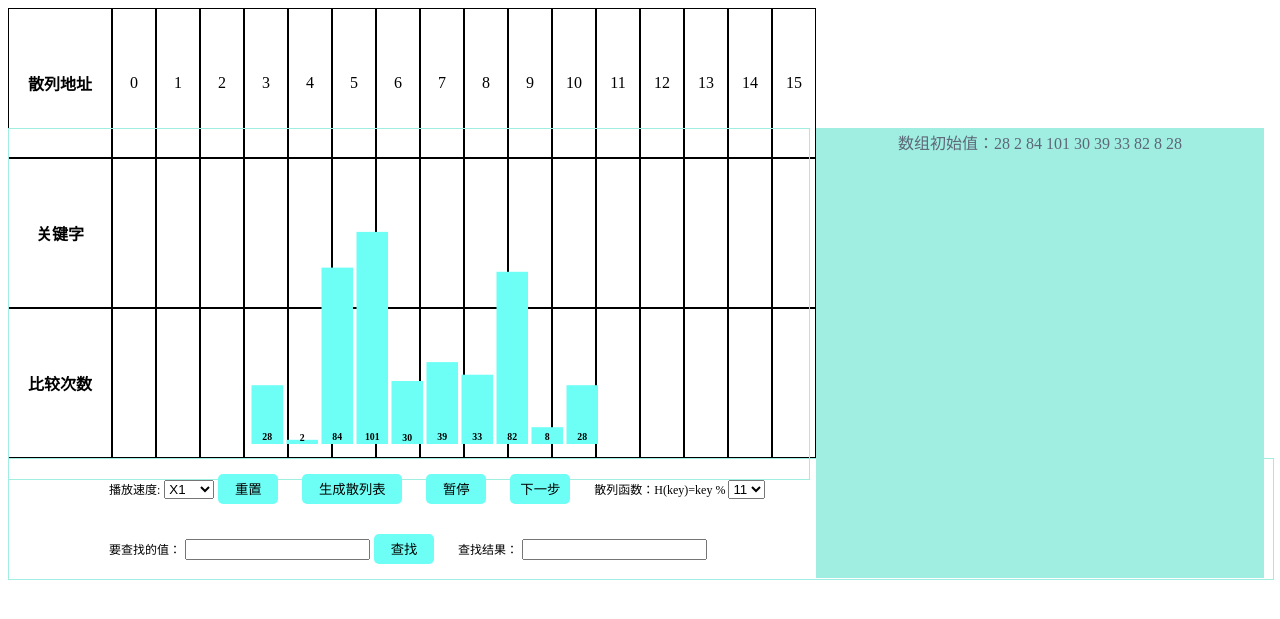
Repository: aaa615/Visualization-of-data-structure-algorithms
Page: dataStructure/WebContent/animation/search/hashSearch/hashSearch.html
These files come from the project's save history. The page is drawn as it stood at one moment and after the next save; the edit follows.
The browser window is 1280 px wide. The pictures show the whole page.

Above is the page before, as saved 2021-05-20 04:24:07.

After the next save:
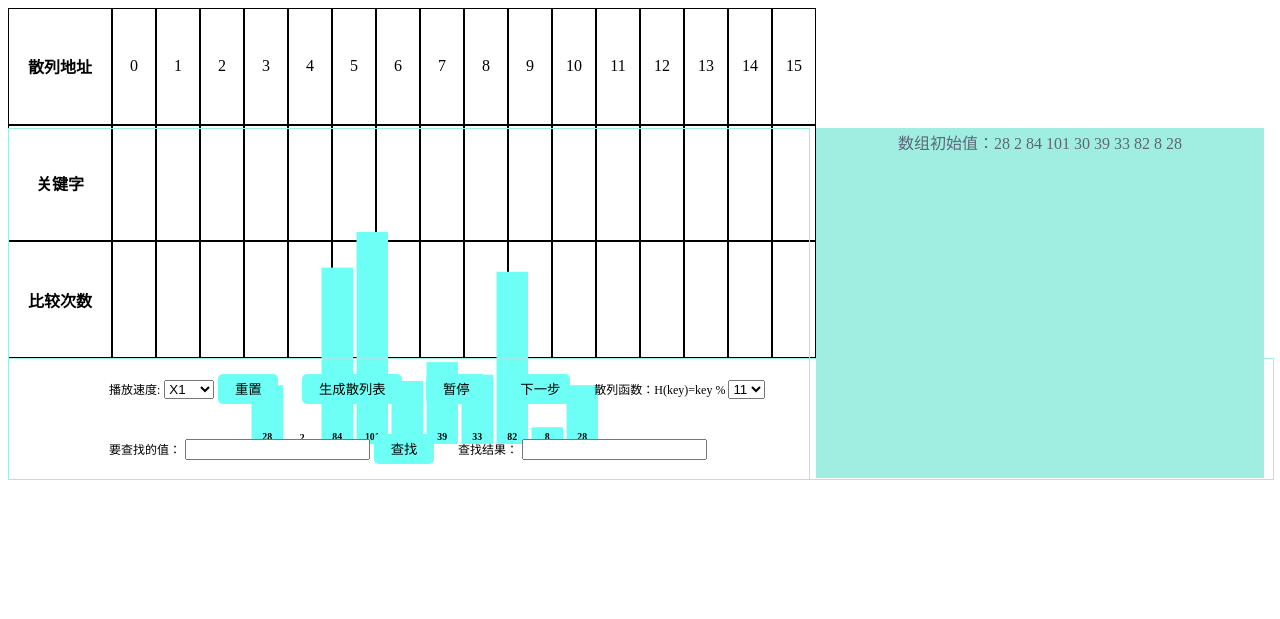
Saved 26 s later.
--- a/dataStructure/WebContent/animation/search/hashSearch/hashSearch.css
+++ b/dataStructure/WebContent/animation/search/hashSearch/hashSearch.css
@@ -20,7 +20,7 @@ td{
 .express_window{
     top: 120px;
     width: calc(100% - 800px - 1rem);
-    height: 450px;
+    height: 350px;
 }
 
 #player_div{
